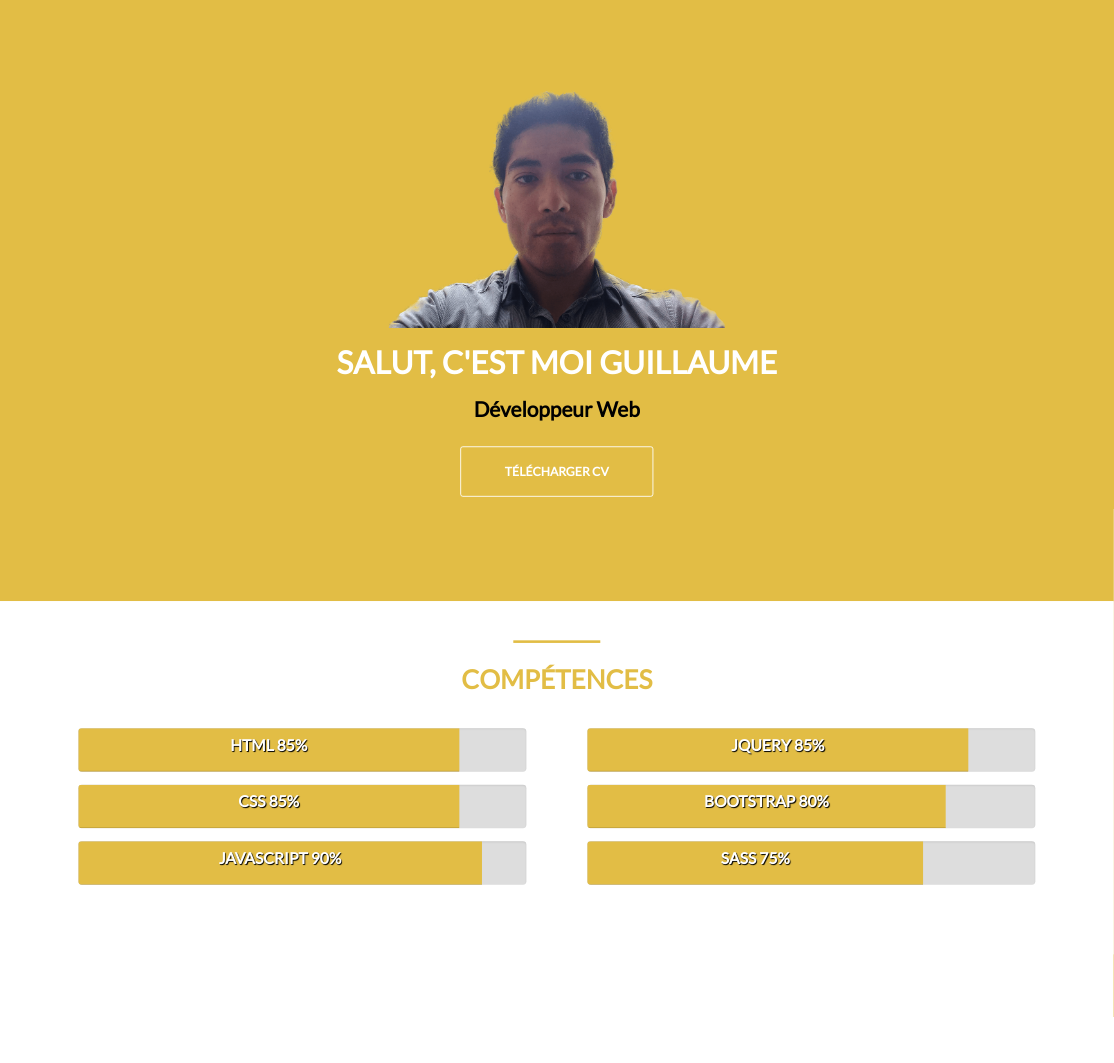
Repository: 0Memo/mon-cv
Page: index.html
The author's editor kept a copy of each file at every save. The page is drawn from the files as they stood at one save, then again after the next save.
The browser window is 1280 px wide. The pictures show the whole page, at 87% of full size.

Above is the page before, as saved 2020-12-28 21:29:58.

After the next save:
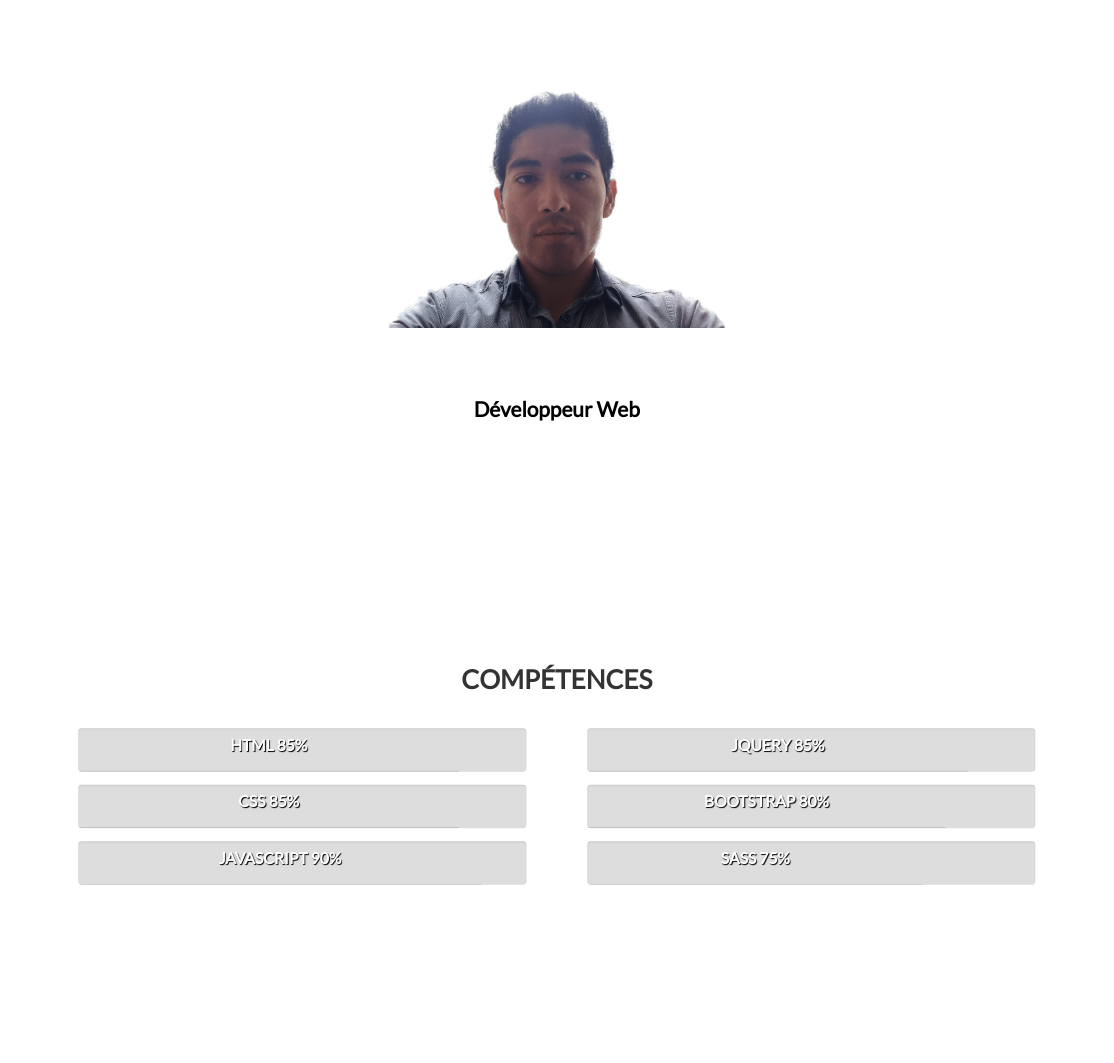
Saved 52 s later.
--- a/css/styles.css
+++ b/css/styles.css
@@ -1,5 +1,5 @@
 :root {
-    --color: #e2bd45;
+    --color: var(--color);
 }
 
 body {
@@ -60,7 +60,7 @@
 #about .heading .button1:hover {
     text-decoration: none;
     background: #fff;
-    color: #e2bd45;
+    color: var(--color);
 }
 
 #skills {
@@ -70,12 +70,12 @@
 #skills .yellow-divider {
     width: 100px;
     height: 3px;
-    background: #e2bd45;
+    background: var(--color);
     margin: 0 auto;
 }
 
 #skills .heading h2 {
-    color: #e2bd45;
+    color: var(--color);
     text-align: center;
     text-transform: uppercase;
     margin: 25px;
@@ -96,7 +96,7 @@
 }
 
 #skills .progress .progress-bar {
-    background: #e2bd45;
+    background: var(--color);
 }
 
 

After the 3 saves that followed:
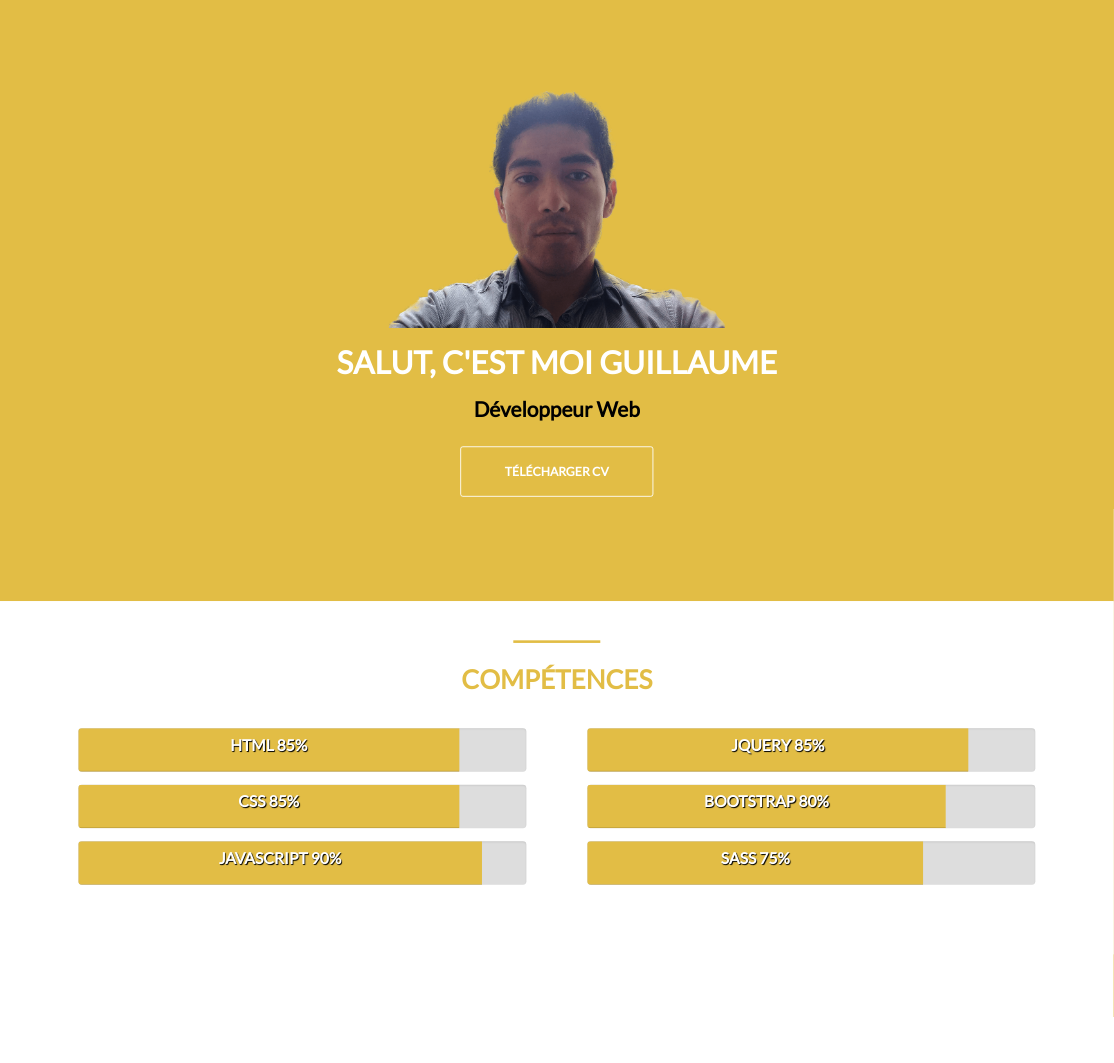
The 3 saves are shown as one change because 2 left the picture as it was.
The last was saved 62 s later.
--- a/css/styles.css
+++ b/css/styles.css
@@ -1,5 +1,5 @@
 :root {
-    --color: var(--color);
+    --color: #e2bd45;
 }
 
 body {
